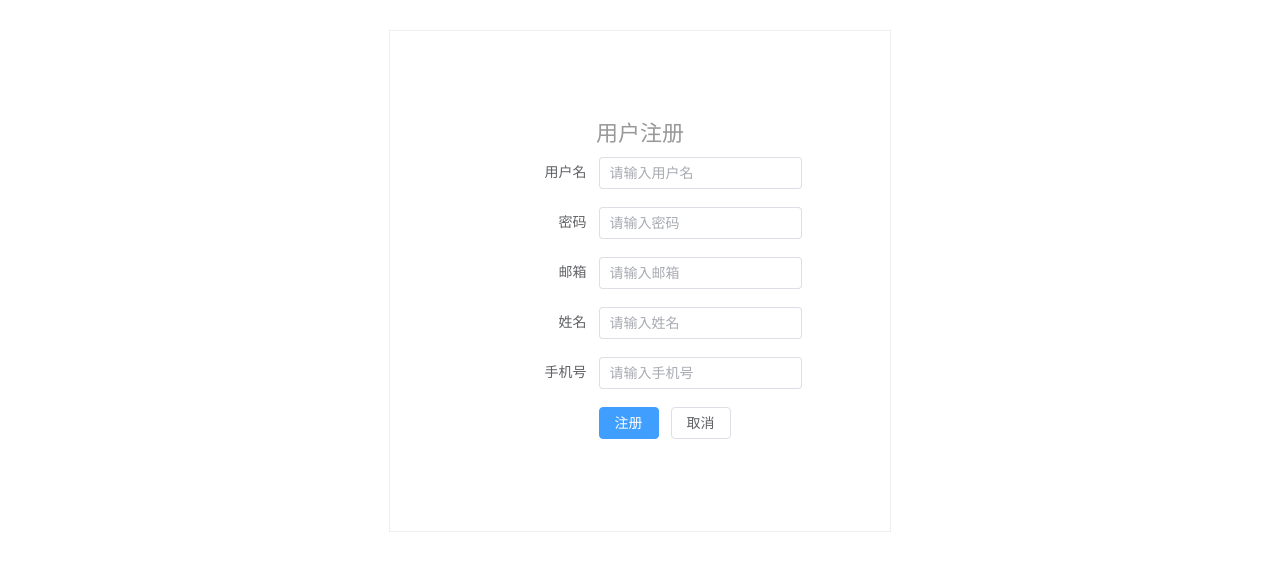
Repository: Mickey1216/yzkj_login_demo
Page: /
These files come from the project's save history. The page is drawn as it stood at one moment and after the next save; the edit follows.
The browser window is 1280 px wide. The pictures show the whole page.
The project was rebuilt for these pictures with package versions that can differ from the ones it lists, and the page was loaded fresh each time. Also part of the build but not shown: vite.config.js.

Above is the page before, as saved 2023-07-04 16:15:12.

### src/main.js
import { createApp } from 'vue'
import App from './App.vue'
import router from './router'
import ElementPlus from 'element-plus'
import 'element-plus/dist/index.css'

const app = createApp(App)
app.use(router)
app.use(ElementPlus)
app.mount('#app')

### src/App.vue
<template>
  <div class="app">
    <routerView/>
  </div>
</template>

<script setup>

</script>

<style scoped>

</style>

### src/router/index.js
import { createRouter, createWebHistory } from 'vue-router'
import Register from '../views/Register.vue'

const router = createRouter({
  history: createWebHistory(import.meta.env.BASE_URL),
  routes: [
    {
      path: '/',
      redirect: '/register',
    },
    {
      path: '/register',
      name: 'register',
      component: Register
    },
    {
      path: '/login',
      name: 'login',
      component: () => import('../views/Login.vue')
    },
    {
      path: '/list',
      name: 'list',
      component: () => import('../views/List.vue')
    },
    {
      path: '/:pathMatch(.*)',
      meta: { title: "出错了！当前界面不存在" },
      component: () => import('../views/Error.vue')
    }
  ]
})

export default router

### src/views/Register.vue
<template>
  <div class="register">
    <div class="title">用户注册</div>
    <!-- <div class="is_existing_account">已有账号?立即登录</div> -->
    <el-form :model="form" label-width="120px">
      <el-form-item label="用户名">
        <el-input placeholder="请输入用户名" v-model="form.username" />
      </el-form-item>
      <el-form-item label="密码">
        <el-input placeholder="请输入密码" v-model="form.password" />
      </el-form-item>
      <el-form-item label="邮箱">
        <el-input placeholder="请输入邮箱" v-model="form.email" />
      </el-form-item>
      <el-form-item label="姓名">
        <el-input placeholder="请输入姓名" v-model="form.realName" />
      </el-form-item>
      <el-form-item label="手机号">
        <el-input placeholder="请输入手机号" v-model="form.phone" />
      </el-form-item>
      <el-form-item>
        <el-button type="primary" @click="onSubmit">注册</el-button>
        <el-button>取消</el-button>
      </el-form-item>
    </el-form>
  </div>
</template>

<script setup>
import { reactive } from "vue";
import request from '../api/request'

const form = reactive({
  username: "",
  password: "",
  email: "",
  realName: "",
  phone: "",
});

// 注册
const onSubmit = () => {
  request('/user/register', "POST", {
    username: form.username,
    password: form.password,
    email: form.email,
    realName: form.realName,
    phone: form.phone
  }).then()
};
</script>

<style scoped>
.register {
  margin: 30px auto;
  display: flex;
  flex-direction: column;
  justify-content: center;
  align-items: center;
  width: 500px;
  height: 500px;
  border: 1px solid #eee;
}
.title {
  margin: 10px 0;
  display: flex;
  align-items: center;
  justify-content: center;
  font-size: 22px;
  color: #999;
}
.is_existing_account {
  font-size: 14px;
  color: gray;
  margin: 10px 5px;
  display: flex;
  justify-content: right;
}
</style>

### src/api/request.js
import axios from 'axios';
import qs from "qs"

export default function request(target, method = "GET", data = {}) {
  const instance = axios.create({
      // 基础路径，发请求的时候，路径当中会出现api
      baseURL: "/api",
      // 代表请求超时的时间5s
      // timeout: 5000
  })

  //请求拦截器：在发送请求之前，请求拦截器可以检测到，可以在请求发送出去前做一些事情
  instance.interceptors.request.use(config => { // config：配置对象，对象里面有一个属性很重要，headers请求头
      config.method = method;
      config.headers["Content-Type"] = (method === "POST" || method === "PUT" || method === "DELETE" || method === "PATCH" ?
          "application/x-www-form-urlencoded" : "application/json");
      config.data = qs.stringify(data);

      return config;
  })

  // 响应拦截器
  instance.interceptors.response.use(res => {
      return res.data;
  })

  return instance(target);
}

Loaded but not shown: index.html (common file)

After the next save:
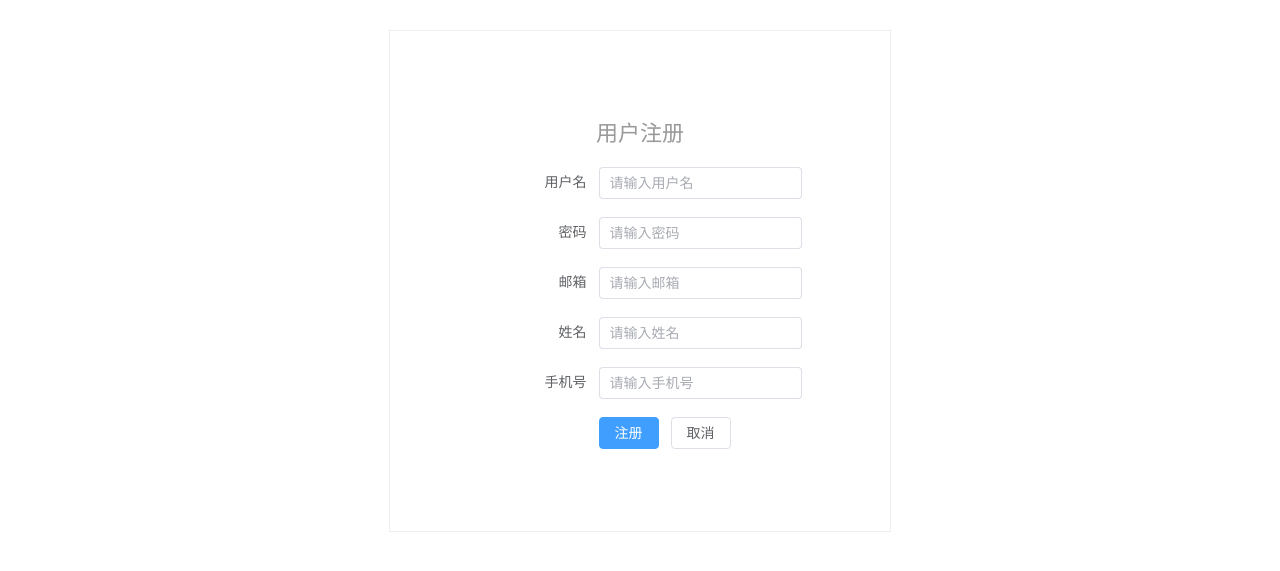
Saved 13 s later.
--- a/src/views/Register.vue
+++ b/src/views/Register.vue
@@ -62,7 +62,7 @@ const onSubmit = () => {
   border: 1px solid #eee;
 }
 .title {
-  margin: 10px 0;
+  margin: 20px 0;
   display: flex;
   align-items: center;
   justify-content: center;
